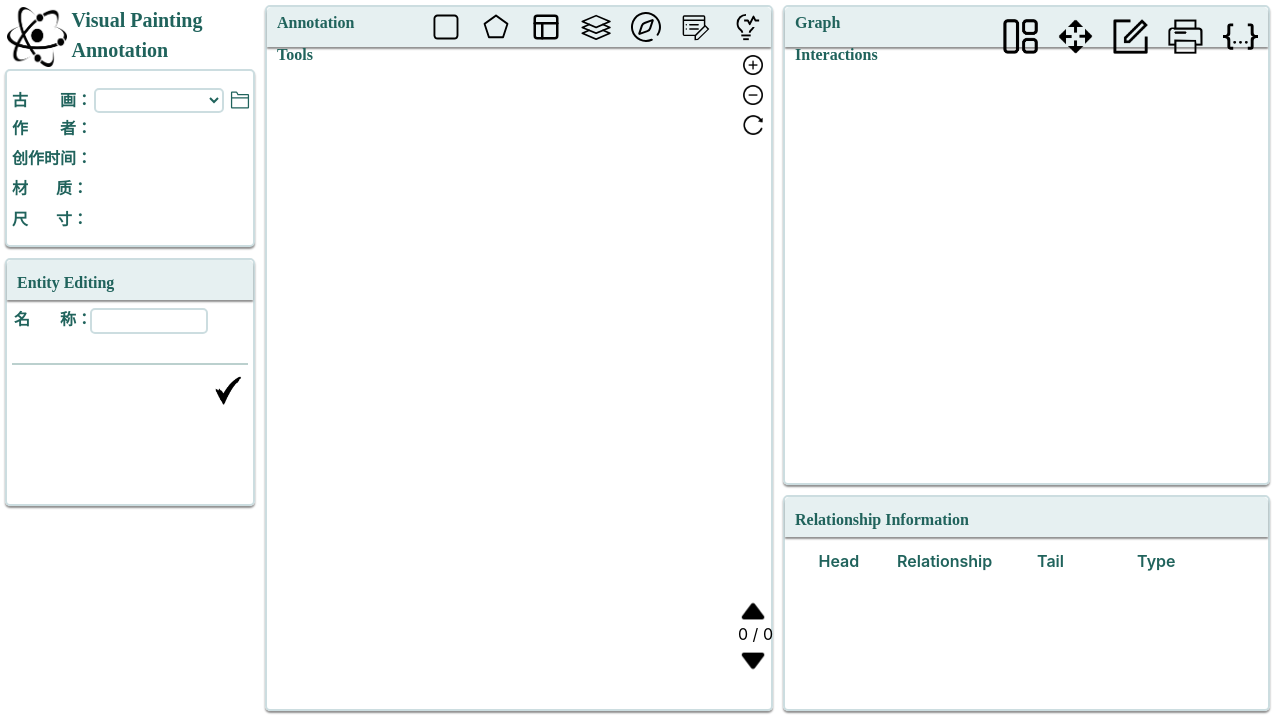
Repository: cailbh/ImageLabelTool
Page: /
The author's editor kept a copy of each file at every save. The page is drawn from the files as they stood at one save, then again after the next save.
The browser window is 1280 px wide. The pictures show the whole page.
The project was rebuilt for these pictures with package versions that can differ from the ones it lists, and the page was loaded fresh each time.

Above is the page before, as saved 2022-11-01 13:45:40.

### src/index.tsx
import React from 'react';
import ReactDOM from 'react-dom/client';
import './index.css';
import UI from './View';

const root = ReactDOM.createRoot(
  document.getElementById('root') as HTMLElement
);
root.render(
  <React.StrictMode>
    <UI />
  </React.StrictMode>
);

### src/index.css
* {
  margin: 0;
  font-family: -apple-system, BlinkMacSystemFont, 'Segoe UI', 'Roboto', 'Oxygen',
    'Ubuntu', 'Cantarell', 'Fira Sans', 'Droid Sans', 'Helvetica Neue',
    sans-serif;
  -webkit-font-smoothing: antialiased;
  -moz-osx-font-smoothing: grayscale;
  padding: 0;
  user-select: none;
}

code {
  font-family: source-code-pro, Menlo, Monaco, Consolas, 'Courier New',
    monospace;
}

html, body, #root {
  width: 100%;
  height: 100%;
  /* background: rgb(237,241,241); */
  background: rgb(255,255,255);
}

#root {
  /* display: flex; */
  /* flex-direction: row; */

}

### src/View/index.tsx
/**
 * 该组件负责图像视图与网络图视图的通信：
 *
 */

import React from "react";
// import ImageView from "./ImageView";
import GraphView from "./GraphView";
import LabelView from "./LabelView";
import { Entity, EntityArray, Relationship, RelationshipArray } from '../lib/interface'
import { EntityArrayContextProvider, useEntityArray, useEntityArrayUpdate } from "../lib/context";
import { RelationshipArrayContextProvider, useRelationshipArray, useRelationshipArrayUpdate } from "../lib/context";
import { InfoContextProvider, useInfo, useInfoUpdate } from "../lib/context";
import { MemoArrayContextProvider, useMemoArray, useMemoArrayUpdate } from "../lib/context";


export default function UI() {
    return (
        <React.StrictMode>
            <InfoContextProvider>
                <RelationshipArrayContextProvider>
                    <EntityArrayContextProvider>
                        <MemoArrayContextProvider>
                            {/* <ImageView></ImageView> */}

                            <LabelView></LabelView>
                            {/* <GraphView></GraphView> */}
                        </MemoArrayContextProvider>
                    </ EntityArrayContextProvider >
                </RelationshipArrayContextProvider>
            </InfoContextProvider>
        </React.StrictMode>
    )
}

### src/View/LabelView.tsx
import React from "react";
import LabelDisplay from "../component/LabelDisplay/index";
import LabelTool from "../component/LabelTool/index";
import ViewCard from "./ViewCard";

export default function LabelView() {
    return (
        // <ViewCard
        //     top={(
        //         <LabelTool></LabelTool>
        //     )}
        //     body={(
        <LabelDisplay></LabelDisplay>
        //     )}
        // />
    )
}

### src/component/LabelDisplay/graph.css
#graph{
width: calc(100% - 6px);
height: calc(100% - 66px);
overflow: 'auto';
background: #fff;
box-sizing: border-box;
border-radius: 15px;
display: inline-block;
margin: 3px;
text-align: left;
position: relative;
}
.graphRoot{
    background: rgba(237,241,241,0);
    position: relative;
    height: 100%;
    width: calc(40% - 10px);
    float: left;
}
.horizontal_graphRoot{
    background: rgba(237,241,241,0);
    position: relative;
    height: calc(45% - 10px);
    width: calc(100% - 260px);
    float: left;
}
.graphCantain{
    position: relative;
    height: calc(100% - 0px);
    float: left;
    width: calc(100% - 0px);
    background: rgba(237,241,241,0);
    /* padding: 10px; */
}
.graphHead{
    width: 100%;
    height: 40px;
    background: rgba(0,0,0,0);
    float: left;
    position: relative;
    z-index: 999999;
    border-top-left-radius: 5px;
    border-top-right-radius: 5px;
    background-color: rgba(230,240,241,1);
    filter: progid:DXImageTransform.Microsoft.Shadow(color=#909090,direction=120,strength=4);
    box-shadow: 0px 2px 2px #909090;
}

.graphLogo {
    float: left;
    width: 25%;
    height: 100%;
    margin-left: 10px;
    color: rgb(32,99,92);
    text-align: left;
    font-weight: 600;
    font-size: 16px;
    font-variant: tabular-nums;
    line-height: 200%;
    font-feature-settings: "tnum";
    font-family: SourceHanSerifCN-Heavy, SourceHanSerifCN;
}
.graphAssistFeatures{
    float: right;
    height: 100%;
    width: 30%;
}
.toolBut {
    height: 100%;
    text-align: center;
    /* padding: 4px; */
    width: 50px;
    float: left;
    margin: 1px 10px 0px 10px;
}

.graphToolBut {
    width: 35px;
    height: 35px;
    margin: 15px 15px 5px 25px;
    cursor: pointer;
    -webkit-border-radius: 5px;
    -moz-border-radius: 5px;
    border-radius: 5px;
    font-size: 15px;
    font-style: normal;
    color: #000;
    line-height: 36px;
    text-align: center;
    float: left;
    display: flex;
    justify-content: center;
    align-items: center;
    height: calc(100% - 20px);
    text-align: center;
    padding: 5px;
    border: 1px #696969 solid;
    width: 40px;
    float: right;
    margin: 5px 2px 5px 2px;
}
.graphToolBut:hover {
    background: #767a84;
    color: #fff;
}

.attributeDiv{
    background: rgba(237,241,241,0);
    -webkit-box-sizing: border-box;
    -moz-box-sizing: border-box;
    box-sizing: border-box;
    border-radius: 5px;
    width: calc(100% - 15px);
    margin: 5px;
    height: calc(30% - 0px);
    border-image-slice: 151;
    border-image-width: 20px 1px;
    -webkit-box-sizing: border-box;
    -moz-box-sizing: border-box;
    box-sizing: border-box;
    float: left;
    border: 2px solid rgb(204,221,224);
    filter:progid:DXImageTransform.Microsoft.Shadow(color=#909090,direction=120,strength=4);
    -moz-box-shadow: 0px 2px 10px #909090;
    -webkit-box-shadow: 0px 2px 10px #909090;
    box-shadow:0px 2px 2px #909090
}
.graphDiv{
    background: rgba(237,241,241,0);
    -webkit-box-sizing: border-box;
    -moz-box-sizing: border-box;
    box-sizing: border-box;
    border-radius: 5px;
    width: calc(100% - 15px);
    margin: 5px;
    height: calc(70% - 24px);
    border-radius: 5px;
    float: left;
    border: 2px solid rgb(204,221,224);
    filter:progid:DXImageTransform.Microsoft.Shadow(color=#909090,direction=120,strength=4);
    -moz-box-shadow: 0px 2px 10px #909090;
    -webkit-box-shadow: 0px 2px 10px #909090;
    box-shadow:0px 2px 2px #909090
}
.horizontal_attributeDiv{
    background: rgba(237,241,241,0);
    -webkit-box-sizing: border-box;
    -moz-box-sizing: border-box;
    box-sizing: border-box;
    border-radius: 5px;
    width: calc(40% - 10px);
    margin: 5px;
    height: calc(100% - 0px);
    border-image-slice: 151;
    border-image-width: 20px 1px;
    -webkit-box-sizing: border-box;
    -moz-box-sizing: border-box;
    box-sizing: border-box;
    float: left;
    border: 2px solid rgb(204,221,224);
    filter:progid:DXImageTransform.Microsoft.Shadow(color=#909090,direction=120,strength=4);
    -moz-box-shadow: 0px 2px 10px #909090;
    -webkit-box-shadow: 0px 2px 10px #909090;
    box-shadow:0px 2px 2px #909090
}
.horizontal_graphDiv{
    background: rgba(237,241,241,0);
    -webkit-box-sizing: border-box;
    -moz-box-sizing: border-box;
    box-sizing: border-box;
    border-radius: 5px;
    width: calc(60% - 10px);
    margin: 5px;
    height: calc(100% - 0px);
    border-radius: 5px;
    float: left;
    border: 2px solid rgb(204,221,224);
    filter:progid:DXImageTransform.Microsoft.Shadow(color=#909090,direction=120,strength=4);
    -moz-box-shadow: 0px 2px 10px #909090;
    -webkit-box-shadow: 0px 2px 10px #909090;
    box-shadow:0px 2px 2px #909090
}
#attributeBox{
    width: calc(50% - 4px);
    height: calc(100% - 2px);
    overflow: 'auto';
    margin: 2px 1px;
    float: left;
}
#relationshipBox{
    width: calc(100% - 4px);
    height: calc(100% - 47px);
    /* width: 100%; */
    /* height: 100%; */
    background: #fff;
    overflow: 'auto';
    float: left;
    margin: 2px 1px;
    border-radius: 15px;
}
#relationshipBoxHead{
    background-color: rgba(230,240,241,1);
    color: rgba(32,99,92,1);
    height: 40px;
    border-top-left-radius: 5px;
    border-top-right-radius: 5px;
    box-shadow: 0px 2px 2px #909090;
}
.but {
    display: flex;
    flex-direction: column;
    height: 40px;
    width:40px;
    justify-content: center;
    float: left;
}
.butContain{
    width: 10px;
    height: 100px;
    position: absolute;
    z-index: 9999;
    display: none;
}
.graphToolsDiv{
    width: 70%;
    height: 100%;
    float: right;
    /* display: flex; */
    justify-content: center;
    align-items: center;
}
.graphTool {
    /* background-color: #fff ; */
    width: 35px;
    height: 35px;
    margin: 12px 10px;
    cursor: pointer;
    float: left;
    text-align: center;
}
.graphTool h5{
    font-style: normal;
    color: #000;
    line-height: 36px;
    text-align: center;
    font-size: 0;
}
.graphTool h5:hover{
    font-size: 12px;
}
.graphToolSet:hover {
    background: #767a84;
    color: #fff;
}
.graphToolSet.focus {
    background: #767a84;
    color: #fff;
}
#graphTools{
    float: right;
    /* height: 100%; */
    /* width: 60%; */
    /* height: 50px; */
    /* float: left; */
    position: relative;
    z-index: 999999;
    /* filter:progid:DXImageTransform.Microsoft.Shadow(color=#909090,direction=120,strength=4);
    -moz-box-shadow: 2px 2px 10px #909090;
    -webkit-box-shadow: 2px 2px 10px #909090;
    box-shadow:2px 2px 10px #909090; */
    border-top-left-radius: 10px;
    border-top-right-radius: 10px;
}
#layoutDiv{
    height: 50px;
    width: 100px;
    background: #ffffff;
    top:75px;
    position: absolute;
    display: flex;
    justify-content: center;
    align-items: center;
    /* border-top-left-radius: 10px;
    border-top-right-radius: 10px; */
    /* border: 5px #000 solid; */
    right: calc(70% - 230px);
    z-index: -999;
}
#layouts{
    float: right;
    /* height: 100%;
    width: 100%; */
    /* float: left; */
    position: relative;
    /* filter:progid:DXImageTransform.Microsoft.Shadow(color=#909090,direction=120,strength=4);
    -moz-box-shadow: 2px 2px 10px #909090;
    -webkit-box-shadow: 2px 2px 10px #909090;
    box-shadow:2px 2px 10px #909090; */
    /* border-top-left-radius: 10px;
    border-top-right-radius: 10px; */
}
#entity-table{
    width: calc(100% - 6px);
    height: calc(100% - 6px);
    border: 2px solid rgba(50, 50, 50, 0.2);
    box-sizing: border-box;
    border-radius: 5px;
    display: inline-block;
    margin: 3px;
    background: rgb(255,255,255);
}
.tableEntity{
    height: 100% !important
}

.tableRelationship{
    height: 100% !important
}
.rs-table-body-row-wrapper{
    height: 100% !important
}
#relationship-table{
    width: calc(100% - 0px);
    height: calc(100% - 0px);
    /* border: 2px solid rgba(50, 50, 50, 0.2); */
    /* box-sizing: border-box; */
    border-radius: 15px;
    display: inline-block;
    /* margin: 3px; */
    background: rgb(255,255,255);
}

.toolLayout{
    font-size:0;
    overflow:hidden;
    background: url("../../assets/imgs/tool-layout.png");
    background-size: cover;
}
.toolEdit{
    font-size:0;
    overflow:hidden;
    background: url("../../assets/imgs/tool-edit.png");
    background-size: cover;
}
.toolDrop{
    font-size:0;
    overflow:hidden;
    background: url("../../assets/imgs/tool-drop.png");
    background-size: cover;
}
.toolAdd{
    font-size:0;
    overflow:hidden;
    background: url("../../assets/imgs/tool-add.png");
    background-size: cover;
}

.toolDel{
    font-size:0;
    overflow:hidden;
    background: url("../../assets/imgs/tool-del.png");
    background-size: cover;
}

.toolUndo{
    font-size:0;
    overflow:hidden;
    background: url("../../assets/imgs/tool-undo.png");
    background-size: cover;
}

.toolRedo{
    font-size:0;
    overflow:hidden;
    background: url("../../assets/imgs/tool-redo.png");
    background-size: cover;
}

.toolPrint{
    font-size:0;
    overflow:hidden;
    background: url("../../assets/imgs/tool-download.png");
    background-size: cover;
}

.toolInputJson{
    font-size:0;
    overflow:hidden;
    background: url("../../assets/imgs/tool-inputJson.svg");
    background-size: cover;
}
.graphTool:hover {
    background: rgba(0,0,0,0);
    font-size: 16px;
    font-weight: 300;
    font-style: normal;
    color: #000;
    line-height: 36px;
    text-align: center;
    float: left;
     /* display: flex; */;
    justify-content: center;
    align-items: center;
    text-align: center;
}
.layoutSet{
    width: 20px;
    height: 20px;
    margin:5px;
    font-size:0;
    overflow:hidden;

    cursor: pointer;
    float: left;
}

.toolCrossLayout{
    background: url(../../assets/imgs/layout-cross.png);
    background-size: cover

}
.toolForceLayout{
    background: url(../../assets/imgs/layout-force.png);
    background-size: cover

}
.toolDragLayout{
    background: url(../../assets/imgs/layout-drag.png);
    background-size: cover

}
.layoutSet:hover {
    background: rgba(0,0,0,0);
    font-size: 10px;
    font-style: normal;
    color: #000;
    line-height: 6px;
    text-align: center;
    float: left;
    display: flex;
    justify-content: center;
    align-items: center;
    text-align: center;
}
.entInput{
    background: rgba(0,0,0,0);
    border: 0;
    text-align: center;
    width: 50%;
    height: 100%;
    float: left;
}
.entInput :focus{
    background: rgba(0,0,0,0);
    border: 0;
    text-align: center;
    width: 50%;
    float: left;
    height: 100%;
}

### src/lib/tasks.tsx
export default class Task {
    id: string;
    name: string;
    size: string;
    texture: string;
    time: string;
    author: string;
    constructor(options) {
        this.id = "";
        this.name = "";
        this.size = "";
        this.texture = "";
        this.time = "";
        this.author = ""
    }
}

### src/lib/interface.tsx
export class EntityArray {
    array: Array<Entity>;
}
export class RelationshipArray {
    array: Array<Relationship>;
}
export class MemoArray {
    relArray: Array<Relationship>;
    entArray: Array<Entity>;
}
export class Entity {
    name: string;
    id: string;
    type: string;
    x: number;
    y: number;
    //图片绘制起始位置
    ix: number;
    iy: number;
    //标注绘制起始位置
    lx: number;
    ly: number;
    // 图片宽度
    iWidth: number;
    // 图片高度
    iHeight: number;
    //图片缩放
    iScale: number;
    visAble: boolean;
    labels: any;
    content: any;
    contentType: string;
    labelLocation: any;
    rgb: string;
    visibility: boolean;
    trend: any;
    trendIndex: number;
    centerPoint: any;
    rectMask: any;
    color: string;
    describe: string;
    attribute: any;
    active: boolean;
    children: any;
    constructor(myName: string) { //定义带参数的构造函数
        this.name = myName;
    }
}


export class Relationship {
    name: string;
    id: string;
    type: string;
    targetId: string;
    sourceId: string;
    color: string;
    weight: number;
    visAble: boolean
    // constructor(myName: string) { //定义带参数的构造函数
    //     this.name = myName;
    // }
}

export class Info {
    changeState: number;
}

export default class LabelState {
    //任务名称
    taskName: string;
    //文件列表
    imgFiles: any;
    //图片总数
    imgSum: number;
    //选择图片下标
    imgIndex: number;
    cWidth: number;
    cHeight: number;
    // 缩略图宽度
    sWidth: number;
    // 缩略图高度
    sHeight: number;
    // 图片宽度
    iWidth: number;
    // 图片高度
    iHeight: number;
    // 图片拖拽至边缘最小显示
    appearSize: number;
    // 缩放布进
    scaleStep: number;
    // 最小缩放比例
    minScale: number;
    // 最大缩放比例
    maxScale: number;
    // 图片在画板中的横坐标
    x: number;
    // 图片在画板中的纵坐标
    y: number;
    // 鼠标当前画板中的横坐标
    mouseX: number;
    // 鼠标当前画板中的纵坐标
    mouseY: number;
    // 拖动过程中，鼠标前一次移动的横坐标
    prevX: number;
    // 拖动过程中，鼠标前一次移动的纵坐标
    prevY: number;
    // 缩放比例
    scale: number;
    // 鼠标在图片中的横坐标
    ix: number;
    // 鼠标在图片中的纵坐标
    iy: number;
    // 矩形框起点横坐标
    rectX: number;
    // 矩形框起点纵坐标
    rectY: number;
    // 绘制多边形的圆点半径
    radius: number;

    // 绘制线段宽度
    lineWidth: number;

    //绘制区域模块透明度
    opacity: number;

    // 定时器
    timer: any;

    // 结果是否被修改
    isModify: boolean;

    // 是否全屏
    isFullScreen: boolean;

    // 是否移动图像标注圆点
    isDragCircle: boolean;

    // 当前点击圆点index
    snapCircleIndex: number;

    // 用于在拖拽或者缩放时，让绘制至存储面板的数据，只绘制一次
    drawFlag: boolean;

    // 监听滚动条缩放是否结束的定时器
    mousewheelTimer: null;

    // 历史记录下标
    historyIndex: number;
    Arrays: any;
    Nodes: any;
    Features: any;

}

### src/axios/index.ts
import entityRecognize from './api/entityRecognize';

export * from './api/entityRecognize'; // 目标识别
// export * from './api/img'; // 图片
export default {
    entityRecognize
}

### src/component/GraphRelationship/index.css
.smallInput  {
    width: 90%;
    border-radius: 10px;
    border: 1.5px #ccc solid;
    /* margin: 5px; */
    margin-left: 15px;
    color: rgb(32,99,92);
    font-weight: 600;
    font-size: 16px;
    line-height: 1.35;
    font-variant: tabular-nums;
    line-height: 1.5715;
    font-feature-settings: "tnum";
    font-family: SourceHanSerifCN-Heavy, SourceHanSerifCN;
}
.relRow{
    width: 20% !important;
    margin: 5px;
    padding: 0px !important;
}
.relBut{
    margin: 5px;
    padding: 0px !important;
}
.relationship-table-head-co{
    width: 20%;
    height: calc(100% - 10px);
    float: left;
    margin: 5px;
    text-align: center;
}
.confirmButton{
    width: 20px;
    height: 20px;
    /* margin: 5px; */
    border-radius: 15px;
    float: left;
    border: 0px;
    background-color: rgb(32,99,92);
    color: #fff;
    text-align: center;
    font-weight: 600;
    font-size: 12px;
    font-variant: tabular-nums;
    line-height: 1.5715;
    font-feature-settings: "tnum";
    font-family: SourceHanSerifCN-Heavy, SourceHanSerifCN;
}
.deleteButton{
    width: 20px;
    height: 20px;
    /* margin: 5px; */
    border-radius: 15px;
    float: left;
    border: 0px;
    background-color: rgb(32,99,92);
    color: #fff;
    text-align: center;
    font-weight: 600;
    font-size: 12px;
    font-variant: tabular-nums;
    line-height: 1.5715;
    font-feature-settings: "tnum";
    font-family: SourceHanSerifCN-Heavy, SourceHanSerifCN;
}
#bigInput {
    color:#333;
    height: 60px;
    line-height:normal;
    font-family:"Microsoft YaHei",Tahoma,Verdana,SimSun;
    font-style:normal;
    font-variant:normal;
    font-size-adjust:none;
    font-stretch:normal;
    font-weight:normal;
    margin-top:0px;
    margin-bottom:0px;
    margin-left:0px;
    padding-top:4px;
    padding-right:4px;
    padding-bottom:4px;
    padding-left:4px;
    font-size:15px;
    outline-width:medium;
    outline-style:none;
    outline-color:invert;
    border-top-left-radius:3px;
    border-top-right-radius:3px;
    border-bottom-left-radius:3px;
    border-bottom-right-radius:3px;
    text-shadow:0px 1px 2px #fff;
    background-attachment:scroll;
    background-repeat:repeat-x;
    background-position-x:left;
    background-position-y:top;
    background-size:auto;
    background-origin:padding-box;
    background-clip:border-box;
    background-color:rgb(255,255,255);
    margin-right:8px;
    border-top-color:#ccc;
    border-right-color:#ccc;
    border-bottom-color:#ccc;
    border-left-color:#ccc;
    border-top-width:1px;
    border-right-width:1px;
    border-bottom-width:1px;
    border-left-width:1px;
    border-top-style:solid;
    border-right-style:solid;
    border-bottom-style:solid;
    border-left-style:solid;
}
.relationship-table-head{
    height: 40px;
    color: rgb(32,99,92);
    /* background: rgb(210,225,230); */
    font-weight: 600;
    text-align: center;
    font-size: 16px;
    line-height: 1.35;
    font-variant: tabular-nums;
    line-height: 1.5715;
    font-feature-settings: "tnum";
    font-family: SourceHanSerifCN-Heavy, SourceHanSerifCN;
    /* border-top-left-radius: 15px;
    border-top-right-radius: 15px; */
}
.relationship-table-body{
    height: calc(100% - 40px);
    overflow:scroll;
    scrollbar-width: none;
}

### src/axios/api/entityRecognize/index.ts
import { get, put, post, del } from '../../http';
import axios from 'axios'
import{base} from '../config'
import {message} from 'antd'
import cookie from 'react-cookies'
export const getImg = (data: any) => get({ url: '/recognize/', data }); //
export const postImg = (data: any) => post({ url: '/recognize/', data }); //
export const updateImg = (data: any) => put({ url: '/recognize/', data });

export default{
    //测试
    async testApi(params){
        return await axios.get(`${base}/hi`,params) .then((res)=>{
            return res.data;
        }).catch((error)=>{
            message.error("服务器出错")
        })
    },
    //目标检测
    async entityRecognizeApi(params){
        return await axios.post(`${base}/predict_bbx`,params).then((res)=>{
            return res.data;
        }).catch((error)=>{
            message.error("服务器出错")
        })
    },

}

### src/axios/config.ts
export const rootURL = ''

export const ServerCode = {
    SUCCESS: 0,
    CONTINUE: 400,
    WRONG_PARAM: 401,
    WRONG_REQUEST: 402,
    FORBIDDEN: 403,
    WRONG_URL: 404,
    NO_LOGIN: 406,
    TIME_OUT: 408,
    WRONG_REQUEST_MODAL: 410,
    AUTO_SAVE_ERROR_CODE: 411, // 自动暂存code
    PROCESS_ERROR: 412, // 任务进度错误
    WRONG_SERVER: 500,
    WRONG_REALIZE: 501,
    WRONG_GATEWAY: 502,
    BAD_SERVER: 503,
    GATEWAY_TIME_OUT: 504,
    WRONG_VERSION: 505
};

export const SubCode = {
    OPERATION_FAILED: 410001,
    TASK_HAS_EXPIRED_OR_SUBMITTED: 400001
};

export const ServerCodeMap = {
    [ServerCode.SUCCESS]: '成功',
    [ServerCode.CONTINUE]: '继续', // 传递指定“继续参数”即可成功
    [ServerCode.WRONG_PARAM]: '参数格式出错',
    [ServerCode.WRONG_REQUEST]: '请求出错',
    [ServerCode.FORBIDDEN]: '拒绝访问',
    [ServerCode.WRONG_URL]: '请求地址出错',
    [ServerCode.NO_LOGIN]: '未登录',
    [ServerCode.TIME_OUT]: '请求超时',
    [ServerCode.WRONG_SERVER]: '服务器内部错误',
    [ServerCode.WRONG_REALIZE]: '服务未实现',
    [ServerCode.WRONG_GATEWAY]: '网关错误',
    [ServerCode.BAD_SERVER]: '服务不可用',
    [ServerCode.GATEWAY_TIME_OUT]: '网关超时',
    [ServerCode.WRONG_VERSION]: 'HTTP版本不受支持'
};

export const RedirectMap = {
    [ServerCode.FORBIDDEN]: '/403'
};

Loaded but not shown: public/index.html (common file); src/lib/uuid.js (8 lines, source omitted); src/axios/api/config.js (3 lines, source omitted); src/component/LabelDisplay/index.tsx (4026 lines, source omitted); src/component/LabelDisplay/index.css (1893 lines, source omitted); src/component/GraphRelationship/index.tsx (223 lines, source omitted); src/component/AttributeInput/index.tsx (170 lines, source omitted); src/axios/http.ts (147 lines, source omitted); src/lib/webAnnotate.tsx (280 lines, source omitted); src/component/AttributeInput/index.css (169 lines, source omitted); src/lib/context.tsx (83 lines, source omitted)

After the next save:
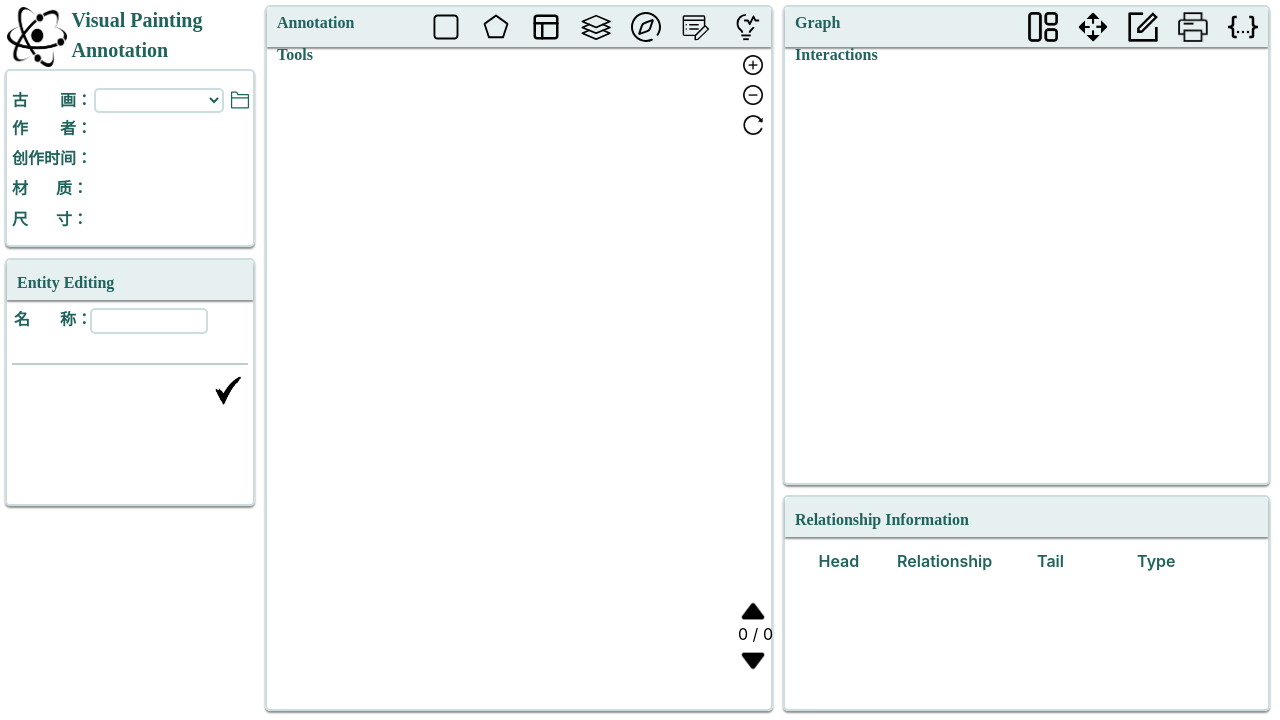
Saved 26 s later.
--- a/src/component/LabelDisplay/graph.css
+++ b/src/component/LabelDisplay/graph.css
@@ -231,9 +231,9 @@ position: relative;
 }
 .graphTool {
     /* background-color: #fff ; */
-    width: 35px;
-    height: 35px;
-    margin: 12px 10px;
+    width: 30px;
+    height: 30px;
+    margin: 5px 10px;
     cursor: pointer;
     float: left;
     text-align: center;
